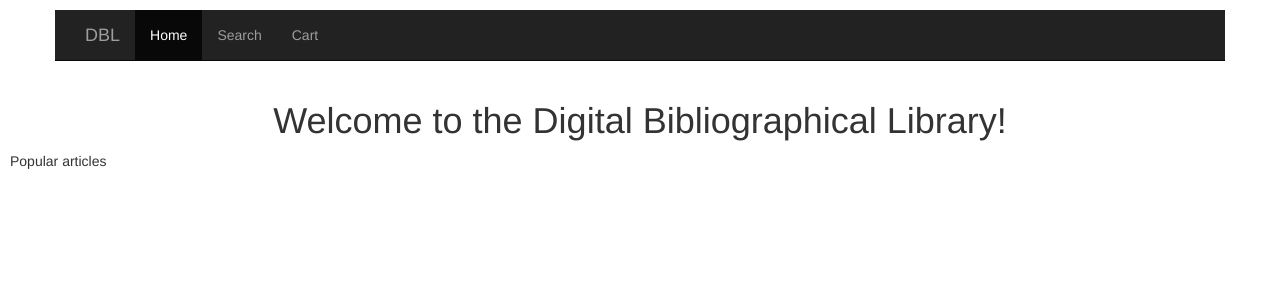
Repository: iancwwong/DigitalBibliographicalLibrary
Page: http://localhost/DigitalBibliographicLibrary/
The author's editor kept a copy of each file at every save. The page is drawn from the files as they stood at one save, then again after the next save.
The browser window is 1280 px wide. The pictures show the whole page.
The page is served by Tomcat 9. Other server files are loaded and not shown.

Above is the page before, as saved 2016-08-25 23:42:35.

### DigitalBibliographicLibrary/WebContent/index.jsp
<%@ page language="java" contentType="text/html; charset=ISO-8859-1"
    pageEncoding="ISO-8859-1"%>

<!-- JSLT core -->
<%@ taglib prefix="c" uri="http://java.sun.com/jsp/jstl/core" %>

<!-- Index Bean -->
<%@ page import="edu.unsw.comp9321.*"%>

<!DOCTYPE html PUBLIC "-//W3C//DTD HTML 4.01 Transitional//EN" "http://www.w3.org/TR/html4/loose.dtd">
<html>
<head>

	<!--  Bootstrap meta tags  -->
    <meta charset="utf-8">
    <meta http-equiv="X-UA-Compatible" content="IE=edge">
    <meta name="viewport" content="width=device-width, initial-scale=1">

    <!--  Other heads -->
	<meta http-equiv="Content-Type" content="text/html; charset=ISO-8859-1">

	<title>DBL - Welcome</title>

	<!-- Bootstrap -->
    <link href="css/bootstrap.min.css" rel="stylesheet">

    <!--  Page styling -->
    <link href="css/general.css" rel="stylesheet">
    <link href="css/navbar.css" rel="stylesheet">

</head>
<body>
	<!-- Havbar -- >
	<%@ include file="include/navbar.html"%>
	<center>
	<h1>Welcome to the Digital Bibliographical Library!</h1>
	</center>

	<p>Popular articles</p>
	<table>
		<tr>

		</tr>
	</table>
	<ul>
		<c:forEach var="publication" items="${indexBean.publications}">
			<li>
				<p>ID: ${publication.id}</p>
				<p>Type: ${publication.type}</p>
				<p>Title: ${publication.title}</p>
				<p>Authors: ${publication.authors}</p>
				<form action='control' method='POST'>
					<input type='submit' value='view'/>
				</form>
			</li>
		</c:forEach>
	</ul>

    <!-- ========= Bootstrap Core Javascript =========== -->
    <!-- jQuery (necessary for Bootstrap's JavaScript plugins) -->
    <script src="https://ajax.googleapis.com/ajax/libs/jquery/1.12.4/jquery.min.js"></script>
    <!-- Include all compiled plugins (below), or include individual files as needed -->
    <script src="js/bootstrap.min.js"></script>
</body>
</html>

### DigitalBibliographicLibrary/WebContent/include/navbar.html
<!--  This file contains the information of the navigation bar -->
<!-- Navbar content -->
<div class="navbar-wrapper">
  <div class="container">

    <nav class="navbar navbar-inverse navbar-static-top">
      <div class="container">
        <div class="navbar-header">
          <button type="button" class="navbar-toggle collapsed" data-toggle="collapse" data-target="#navbar" aria-expanded="false" aria-controls="navbar">
            <span class="sr-only">Toggle navigation</span>
            <span class="icon-bar"></span>
            <span class="icon-bar"></span>
            <span class="icon-bar"></span>
          </button>
          <a class="navbar-brand" href="/DigitalBibliographicLibrary/index.jsp">DBL</a>
        </div>
        <div id="navbar" class="navbar-collapse collapse">
          <ul class="nav navbar-nav">
            <li class="active"><a href="/DigitalBibliographicLibrary/index.jsp">Home</a></li>
            <li><a href="/DigitalBibliographicLibrary/search.jsp">Search</a></li>
            <li><a href="/DigitalBibliographicLibrary/cart.jsp">Cart</a></li>
          </ul>
        </div>
      </div>
    </nav>

  </div>
</div>

### DigitalBibliographicLibrary/WebContent/css/general.css
body {
	margin: 0;
	padding: 10px;
}

### DigitalBibliographicLibrary/WebContent/css/navbar.css
<!-- This file contains the stylings for the navigation bar -->

/* Special class on .container surrounding .navbar, used for positioning it into place. */
.navbar-wrapper {
  position: absolute;
  top: 0;
  right: 0;
  left: 0;
  z-index: 20;
}

/* Flip around the padding for proper display in narrow viewports */
.navbar-wrapper > .container {
  padding-right: 0;
  padding-left: 0;
}
.navbar-wrapper .navbar {
  padding-right: 15px;
  padding-left: 15px;
}
.navbar-wrapper .navbar .container {
  width: auto;
}

Loaded but not shown: DigitalBibliographicLibrary/WebContent/css/bootstrap.min.css (library); DigitalBibliographicLibrary/WebContent/js/bootstrap.min.js (library)

After the next save:
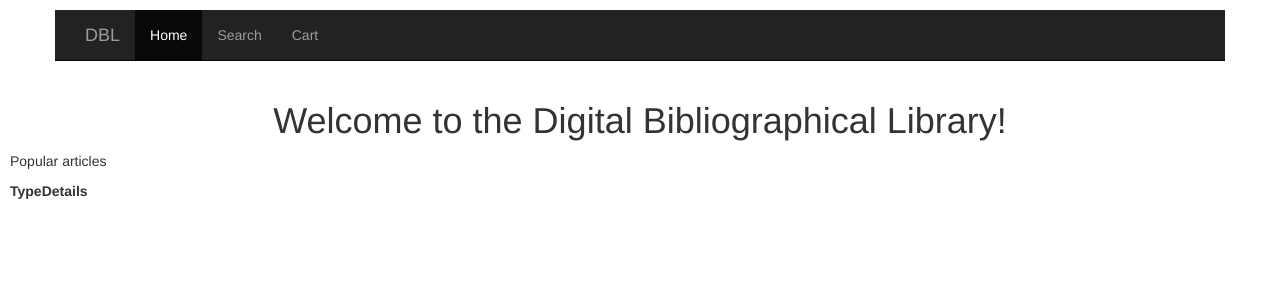
Saved 66 s later.
--- a/DigitalBibliographicLibrary/WebContent/index.jsp
+++ b/DigitalBibliographicLibrary/WebContent/index.jsp
@@ -39,7 +39,9 @@
 	<p>Popular articles</p>
 	<table>
 		<tr>
-
+			<th>Type</th>
+			<th>Details</th>
+			<th></th>
 		</tr>
 	</table>
 	<ul>
